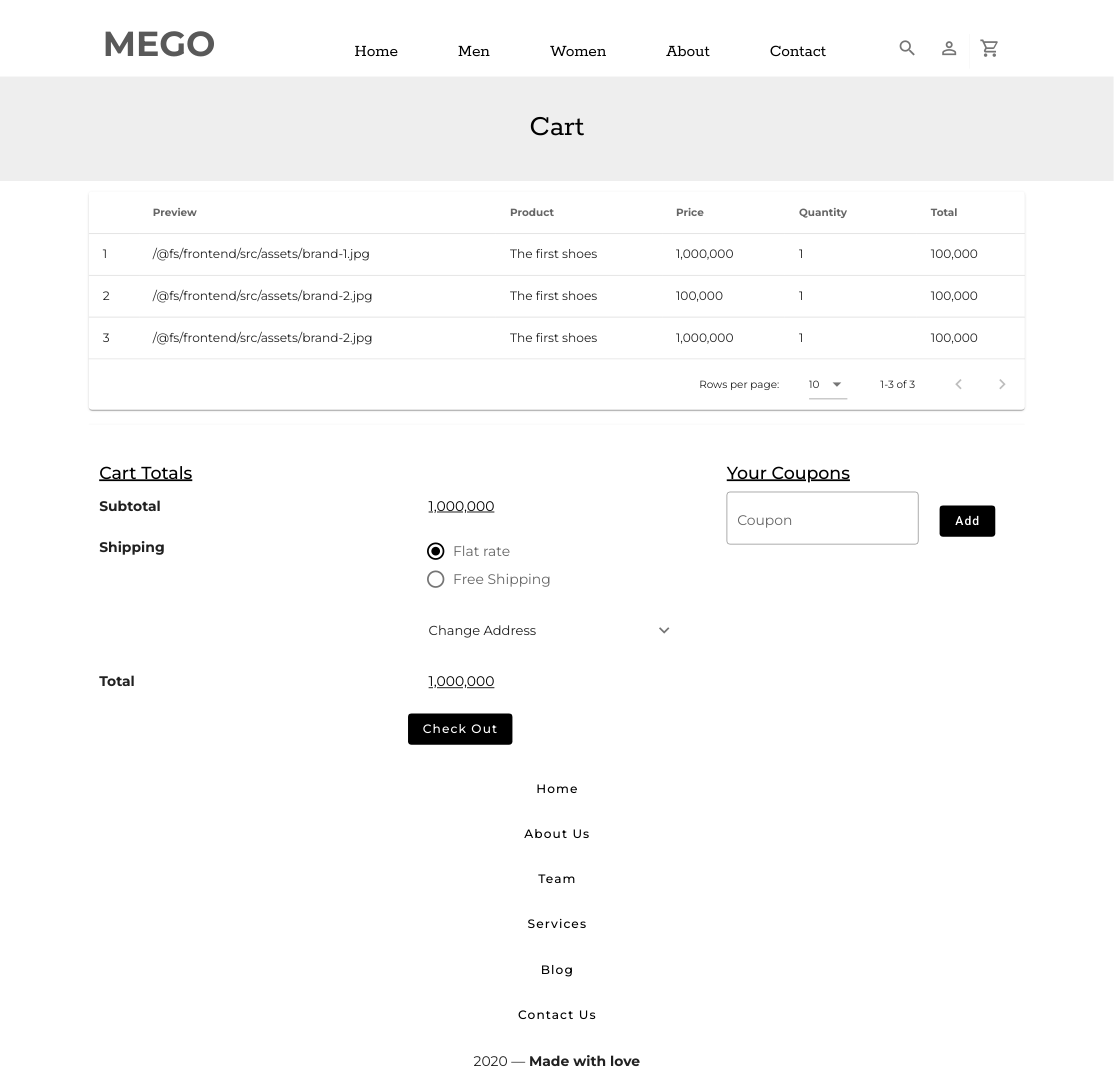
Repository: nguyenphuong152/shoesstore
Page: /cart (app in frontend/)
The author's editor kept a copy of each file at every save. The page is drawn from the files as they stood at one save, then again after the next save.
The browser window is 1280 px wide. The pictures show the whole page, at 87% of full size.
The project was rebuilt for these pictures with package versions that can differ from the ones it lists, and the page was loaded fresh each time. Also part of the build but not shown: frontend/vue.config.js, frontend/src/components/Customer/Collection.vue, frontend/src/components/Customer/Banner.vue, frontend/src/components/Customer/BestSeller.vue, frontend/src/components/Customer/Partner.vue, frontend/src/views/Customer/Home.vue, frontend/src/components/Customer/ProductCategory.vue, frontend/src/components/Customer/ProductView.vue and 10 more. Imported but missing from the stored project, and not drawn on this page: frontend/src/views/Admin/Category.vue, frontend/src/views/Admin/ManageProduct.vue, frontend/src/views/Admin/ManageUser.vue, frontend/src/views/Admin/OrderList.vue.

Above is the page before, as saved 2020-11-28 21:17:46.

### frontend/public/index.html
<!DOCTYPE html>
<html lang="en">
  <head>
    <meta charset="utf-8">
    <head>
      <title>MEGO</title>
    </head>
    <meta http-equiv="X-UA-Compatible" content="IE=edge">
    <meta name="viewport" content="width=device-width,initial-scale=1.0">
    <link rel="icon" href="<%= BASE_URL %>favicon.ico">
    <title><%= htmlWebpackPlugin.options.title %></title>
    <link href="https://fonts.googleapis.com/css?family=Montserrat:300,400,500,600,700" rel="stylesheet">
    <link href="https://fonts.googleapis.com/css?family=Rokkitt:100,300,400,700" rel="stylesheet">
    <link rel="stylesheet" href="https://fonts.googleapis.com/css?family=Roboto:100,300,400,500,700,900">
    <link rel="stylesheet" href="https://cdn.jsdelivr.net/npm/@mdi/font@latest/css/materialdesignicons.min.css">
  </head>
  <body>
    <noscript>
      <strong>We're sorry but <%= htmlWebpackPlugin.options.title %> doesn't work properly without JavaScript enabled. Please enable it to continue.</strong>
    </noscript>
    <div id="app"></div>
    <!-- built files will be auto injected -->
  </body>
</html>

### frontend/src/main.js
import Vue from 'vue'
import App from './App.vue'
import vuetify from './plugins/vuetify';
import router from './router'
import '../sass/style.scss'
import 'bootstrap/dist/css/bootstrap.css'
import 'bootstrap-vue/dist/bootstrap-vue.css'
import { BootstrapVue, IconsPlugin } from 'bootstrap-vue'

Vue.use(BootstrapVue)
// Optionally install the BootstrapVue icon components plugin
Vue.use(IconsPlugin)
Vue.config.productionTip = false

new Vue({
  vuetify,
  router,
  render: h => h(App)
}).$mount('#app')

### frontend/src/App.vue
<template>
  <v-app app>
    <v-container v-if="!['Admin', 'Banner', 'Category','Product','ManageUser','OrderList','Dashboard'].includes($route.name)">
      <Toolbar />
    </v-container>
    <v-main>
      <router-view></router-view>
    </v-main>
      <Footer v-if="!['Admin', 'Banner', 'Category','Product','ManageUser','OrderList','Dashboard'].includes($route.name)"/>
  </v-app>

</template>

<script>

import Footer from "./components/Customer/Footer";
import Toolbar from "./components/Customer/Toolbar";

export default {
  name: "App",

  components: {
    Toolbar,
    Footer
  },

  data: () => ({
    //
  }),
};
</script>

### frontend/src/plugins/vuetify.js
import Vue from 'vue';
import Vuetify from 'vuetify/lib';


Vue.use(Vuetify);

const vuetify = new Vuetify({
    theme: {
      themes: {
        light: {
          primary: '#000',
          secondary: '#b0bec5',
          accent: '#8c9eff',
          error: '#b71c1c',
        },
      },
    },
  })

export default new Vuetify({
    vuetify,
});

### frontend/src/router/index.js
import Vue from "vue";
import VueRouter from "vue-router";
import Home from "../views/Customer/Home.vue";
import Men from "../views/Customer/Men.vue";
import Women from "../views/Customer/Women.vue";
import Admin from "../views/Admin/Admin.vue";
import Product from "../views/Admin/ManageProduct.vue";
import Banner from "../views/Admin/Banner.vue";
import Category from "../views/Admin/Category.vue";
import ManageUser from "../views/Admin/ManageUser.vue";
import OrderList from "../views/Admin/OrderList.vue";
import Dashboard from "../views/Admin/Dashboard.vue"
//import ProductDetail from "../views/ProductDetail.vue"

Vue.use(VueRouter);

const routes = [
  {
    path: "/",
    name: "Home",
    component: Home,
  },
  {
    path: "/men",
    name: "Men",
    component: Men,
  },
  {
    path: "/women",
    name: "Women",
    component: Women,
  },
  {
    path: "/about",
    name: "About",
    // route level code-splitting
    // this generates a separate chunk (about.[hash].js) for this route
    // which is lazy-loaded when the route is visited.
    component: () =>
      import(/* webpackChunkName: "about" */ "../views/Customer/About.vue"),
  },
  {
    path: "/contact",
    name: "Contact",
    component: () =>
      import(/* webpackChunkName: "about" */ "../views/Customer/Contact.vue"),
  },
  {
    path: "/cart",
    name: "Cart",
    component: () =>
      import(/* webpackChunkName: "about" */ "../views/Customer/Cart.vue"),
  },
  {
    path: "/account",
    name: "Account",
    component: () =>
      import(/* webpackChunkName: "about" */ "../views/Customer/Account.vue"),
  },
  {
    path: "/userlogin",
    name: "UserLogin",
    component: () =>
      import(/* webpackChunkName: "about" */ "../views/Customer/UserLogin.vue"),
  },
  {
    path: "/checkout",
    name: "Checkout",
    component: () =>
      import(/* webpackChunkName: "about" */ "../views/Customer/Checkout.vue"),
  },
  {
    path: "/product/:id",
    name: "ProductDetail",
    component: () =>
      import(/* webpackChunkName: "about" */ "../views/Customer/ProductDetail.vue"),
  },
  {
    path: "/admin",
    name: "Admin",
    component: Admin,
    children: [
      {
        path: "/banner",
        name: "Banner",
        component: Banner,
      },
      {
        path: "/category",
        name: "Category",
        component: Category,
      },
      {
        path: "/product",
        name: "Product",
        component: Product,
      },
      {
        path: "/manageuser",
        name: "ManageUser",
        component: ManageUser,
      },
      {
        path: "/orderlist",
        name: "OrderList",
        component: OrderList,
      },
      {
        path: "/dashboard",
        name: "Dashboard",
        component: Dashboard,
      },
    ],
  },
];

const router = new VueRouter({
  mode: "history",
  base: process.env.BASE_URL,
  routes,
});

export default router;

### frontend/sass/style.scss

$font-primary: 'Montserrat',
Arial,
sans-serif;
$font-secondary: 'Rokkitt',
Georgia,
serif;


@import '~vuetify/src/styles/styles.sass';

// Overrides
$grid-gutter-width: 20px !default;
$border-radius-base: 4px !default;
$padding-base-vertical: 14px !default;

$brand-primary: #616161 !default;
$brand-secondary: #88c8bc !default;
$brand-yellow: #FFDD00 !default;
$brand-footer-color: #2C2E3E;

$brand-white: #fff;
$brand-black: #000;
$brand-darker: #444;
$brand-gray: #ccc;
$brand-lighter: #e9e9e9;
$brand-body-color: #e8e8e8;
$brand-selection-color: #f9f6f0;
$brand-overlay-color: #4c4a8a;
$brand-bg-color: $brand-white;

.v-btn {
  text-transform:none !important;
}
// .v-text-field{
//   width: 50px;
//   height: 10px;
// }

#app {
  -webkit-font-smoothing: antialiased;
  -moz-osx-font-smoothing: grayscale;

  text-align: center;
  .container {
    max-width: 1100px;
  }
  font: 300
}

.nav {
  padding-left: 0px;
  a {
    font-size: 20px;
    color: lighten($brand-black,35%);
    font-family: $font-secondary;
    text-decoration: none;
    font-weight: 500;
    &.router-link-exact-active {
      color: #42b983;
    }

  }
}

#logo {
  font-size: 40px;
  font-weight: 700;
  font-family: $font-primary;
  color: lighten($brand-black, 35%);
}


.slogan {
  font-size: 50px;
  color: #2c3e50;
  font-family: $font-secondary;
  text-decoration: none;
}

.title-collection{
  @extend .slogan;
  font-size: 25px;
}


.slogan-3 {
  @extend .slogan;
  font-size: 35px;
}

.title-shoes {
  @extend .slogan;
  font-size: 20px;
}


.footer-text {
  font-family:$font-primary;
  font-size: 16px;
}

.admin {
  font-family: $font-primary;
  font-size:16px;
}

.admin-nav {
  font-family: $font-primary !important;
  font-size: 20px !important;
  color: white !important;
}

### frontend/src/components/Customer/Footer.vue
<template>
  <v-footer class="white" padless>
    <v-row justify="center" no-gutters>
      <v-btn
        v-for="link in links"
        :key="link"
        color="black"
        text
        rounded
        class="my-2 footer-text"
      >
        {{ link }}
      </v-btn>
      <v-col class="white py-4 text-center fluid footer-text" cols="12">
        {{ new Date().getFullYear() }} — <strong>Made with love</strong>
      </v-col>
    </v-row>
  </v-footer>
</template>

<script>
export default {
  data: () => ({
    links: ["Home", "About Us", "Team", "Services", "Blog", "Contact Us"],
  }),
};
</script>

<style></style>

### frontend/src/components/Customer/Toolbar.vue
<template>
  <v-toolbar flat>
    <v-row class="d-flex align-baseline">
      <v-col cols="3" class="d-flex justify-lg-start">
        <v-toolbar-title id="logo">MEGO</v-toolbar-title>
      </v-col>
      <v-col class="d-flex justify-space-around text-start nav">
        <router-link to="/">Home</router-link>
        <router-link to="/men">Men</router-link>
        <router-link to="/women">Women</router-link>
        <router-link to="/about">About</router-link>
        <router-link to="/contact">Contact</router-link>
      </v-col>
      <v-col cols="2" class="d-flex justify-end">
        <v-btn icon>
          <v-icon>mdi-magnify</v-icon>
        </v-btn>
        <v-menu
          open-on-hover
          top
          offset-y
          :position-x="960"
          :position-y="230"
          absolute
        >
          <template v-slot:activator="{ on, attrs }">
            <v-btn icon v-bind="attrs" v-on="on">
              <v-icon>mdi-account-outline</v-icon>
            </v-btn>
          </template>

          <v-list class="text-start nav">
            <v-list-item v-for="(item, index) in routes" :key="index" :to="item.path">
              <v-list-item-title>{{ item.name }}</v-list-item-title>
            </v-list-item>
          </v-list>
        </v-menu>
        <v-divider vertical inset></v-divider>
        <v-btn icon @click="goToCart">
          <v-icon>mdi-cart-outline</v-icon>
        </v-btn>
      </v-col>
    </v-row>
  </v-toolbar>
</template>

<script>
export default {
  data: () => ({
    routes: [
      {
        path:"/checkout",
        name:"Check Out"
       },
       {
        path:"/account",
        name:"My Account"
       },
       {
        path:"/userlogin",
        name:"User Login"
       },

    ],
  }),
  methods: {
     goToCart: function() {
     this.$router.push({name: 'Cart'})
     }
  }
};
</script>

<style></style>

### frontend/src/views/Customer/Cart.vue
<template>
  <div class="cart app">
    <v-sheet color="grey lighten-3" height="120">
      <v-container py-8>
        <a class="slogan-3">Cart</a>
      </v-container>
    </v-sheet>
    <div>
      <v-container>
        <totalProducts />
        <v-divider></v-divider>
        <v-row class=" d-flex align-baseline">
          <v-col>
            <cartTotals />
          </v-col>
          <v-col cols="4">
            <addCoupons />
          </v-col>
        </v-row>
      </v-container>
    </div>
  </div>
</template>

<script>
import totalProducts from "../../components/Customer/TotalProducts";
import addCoupons from "../../components/Customer/AddCoupon";
import cartTotals from "../../components/Customer/CartTotal";

export default {
  components: { totalProducts, addCoupons, cartTotals },
  data() {},
};
</script>

### frontend/src/components/Customer/TotalProducts.vue
<template>

      <v-data-table :headers="headers" :items="products" class="elevation-1 admin">
        <template v-slot:item.preview>
          <v-img
            lazy-src="item.path"
            max-height="100"
            max-width="100"
            src="'item.path'"
          ></v-img>
        </template>
      </v-data-table>


</template>

<script>
export default {
  data() {
    return {
      headers: [
        {
          text: "",
          align: "start",
          sortable: false,
          value: "id",
        },
        { text: "Preview", value: "path" },
        { text: "Product", value: "name" },
        { text: "Price", value: "price" },
        { text: "Quantity", value: "quantity" },
        { text: "Total", value: "total" },
      ],
      products: [
        {
          id: 1,
          path: require('../../assets/brand-1.jpg'),
          name: "The first shoes",
          price: Intl.NumberFormat('en-EN', { maximumSignificantDigits: 3 }).format(1000000),
          quantity: 1,
          total: Intl.NumberFormat('en-EN', { maximumSignificantDigits: 3 }).format(100000),
        },
        {
          id: 2,
          path: require('../../assets/brand-2.jpg'),
          name: "The first shoes",
          price:Intl.NumberFormat('en-EN', { maximumSignificantDigits: 3 }).format(100000),
          quantity: 1,
          total: Intl.NumberFormat('en-EN', { maximumSignificantDigits: 3 }).format(100000)
        },
        {
         id: 3,
          path: require('../../assets/brand-2.jpg'),
          name: "The first shoes",
          price: Intl.NumberFormat('en-EN', { maximumSignificantDigits: 3 }).format(1000000),
          quantity: 1,
          total:Intl.NumberFormat('en-EN', { maximumSignificantDigits: 3 }).format(100000),
        },
      ],
    };
  },
};
</script>

<style></style>

### frontend/src/components/Customer/AddCoupon.vue
<template>
  <div class="app text-start">
      <a class="admin-nav font-weight-medium black--text">Your Coupons</a>
      <v-row class="d-flex align-baseline">
           <v-col
          cols="8"
        >
          <v-text-field
          class="admin"
            label="Coupon"
            outlined
          ></v-text-field>
        </v-col>
         <v-col
        >
           <v-btn
      depressed
      color="primary"
    >
      Add
    </v-btn>
        </v-col>
      </v-row>
  </div>
</template>

<script>
export default {

}
</script>

<style>

</style>

### frontend/src/components/Customer/CartTotal.vue
<template>
  <v-container class="text-start admin">
    <a class="admin-nav font-weight-medium black--text">Cart Totals</a>
    <v-row>
      <v-col>
        <strong> Subtotal</strong>
      </v-col>
      <v-col>
        <a class="pl-6">{{
          Intl.NumberFormat("en-EN", { maximumSignificantDigits: 3 }).format(
            1000000
          )
        }}</a>
      </v-col>
    </v-row>
    <v-row>
      <v-col>
        <strong> Shipping</strong>
      </v-col>
      <v-col>
        <v-radio-group v-model="radioGroup" class=" ma-0 pl-5">
          <v-radio
            v-for="shipping in shippings"
            :key="shipping"
            :label="shipping.label"
            :value="shipping.value"
          ></v-radio>
        </v-radio-group>

        <v-expansion-panels flat dense>
          <v-expansion-panel class="admin text-start pa-0">
            <v-expansion-panel-header>
              Change Address
            </v-expansion-panel-header>
            <v-expansion-panel-content>
              <v-combobox
                class="admin text-start"
                v-model="select"
                :items="items"
                dense
                filled
                solo
                flat
              ></v-combobox>
              <v-text-field label="City" outlined></v-text-field>
              <v-text-field label="Postcode/ZIP" outlined></v-text-field>
              <v-btn depressed color="primary">
                Update
              </v-btn>
            </v-expansion-panel-content>
          </v-expansion-panel>
        </v-expansion-panels>
      </v-col>
    </v-row>
    <v-row>
      <v-col>
        <strong> Total</strong>
      </v-col>
      <v-col>
        <a class="pl-6">{{
          Intl.NumberFormat("en-EN", { maximumSignificantDigits: 3 }).format(
            1000000
          )
        }}</a>
      </v-col>
    </v-row>
    <v-row>
      <v-col></v-col>
      <v-col cols="6" >
        <v-btn depressed color="primary" >
          Check Out
        </v-btn>
      </v-col>
    </v-row>
  </v-container>
</template>

<script>
export default {
  data() {
    return {
      radioGroup: 1,
      shippings: [
        {
          label: "Flat rate",
          value: 1,
        },
        {
          label: "Free Shipping",
          value: 2,
        },
      ],
      select: ["Viet Nam"],
      items: ["US", "UK", "AUS", "CANADA"],
    };
  },
};
</script>

<style></style>

After the next save:
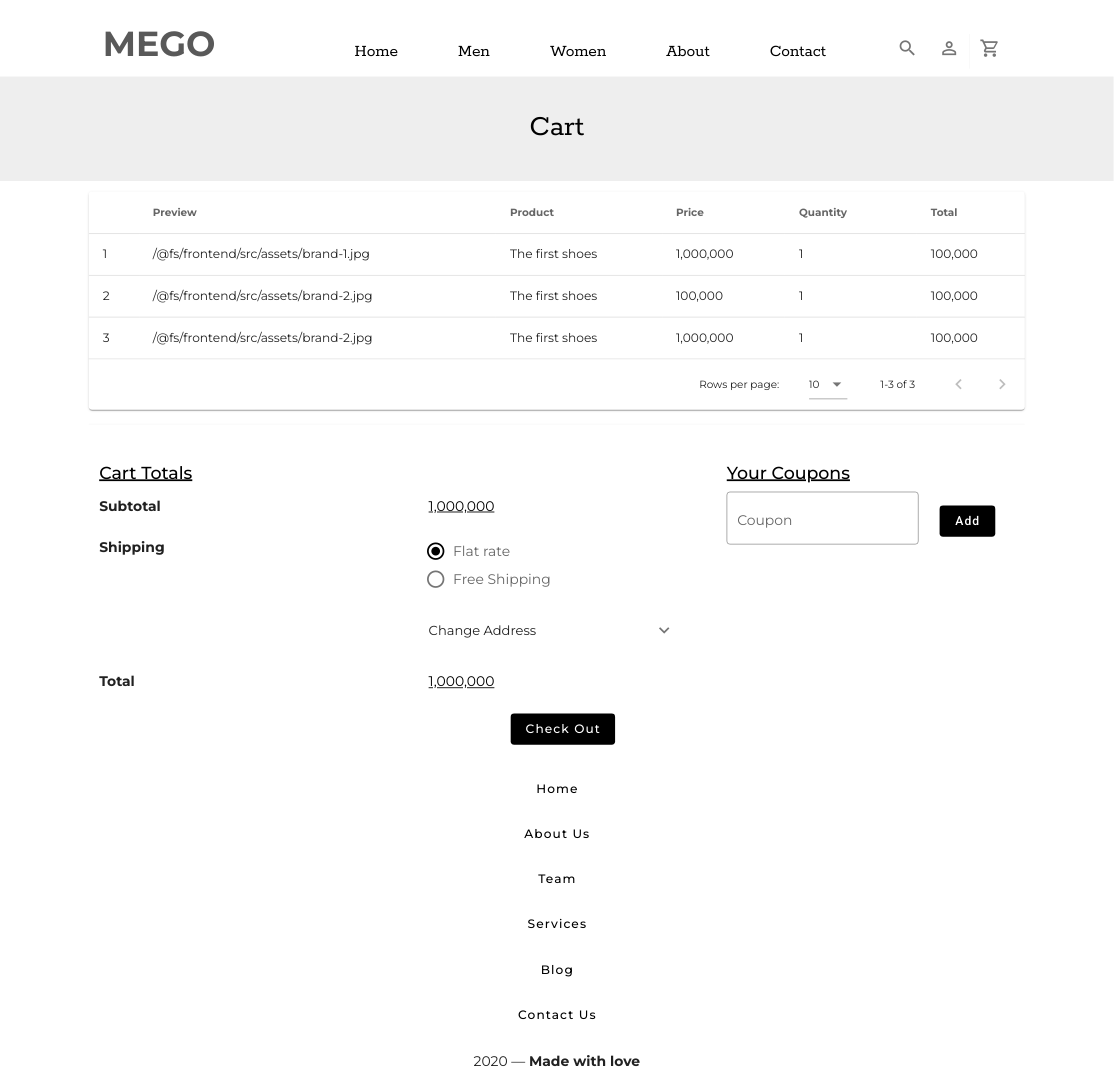
Saved 12 s later.
--- a/frontend/src/components/Customer/CartTotal.vue
+++ b/frontend/src/components/Customer/CartTotal.vue
@@ -66,7 +66,7 @@
     </v-row>
     <v-row>
       <v-col></v-col>
-      <v-col cols="6" >
+      <v-col cols="4" >
         <v-btn depressed color="primary" >
           Check Out
         </v-btn>

After the save that followed:
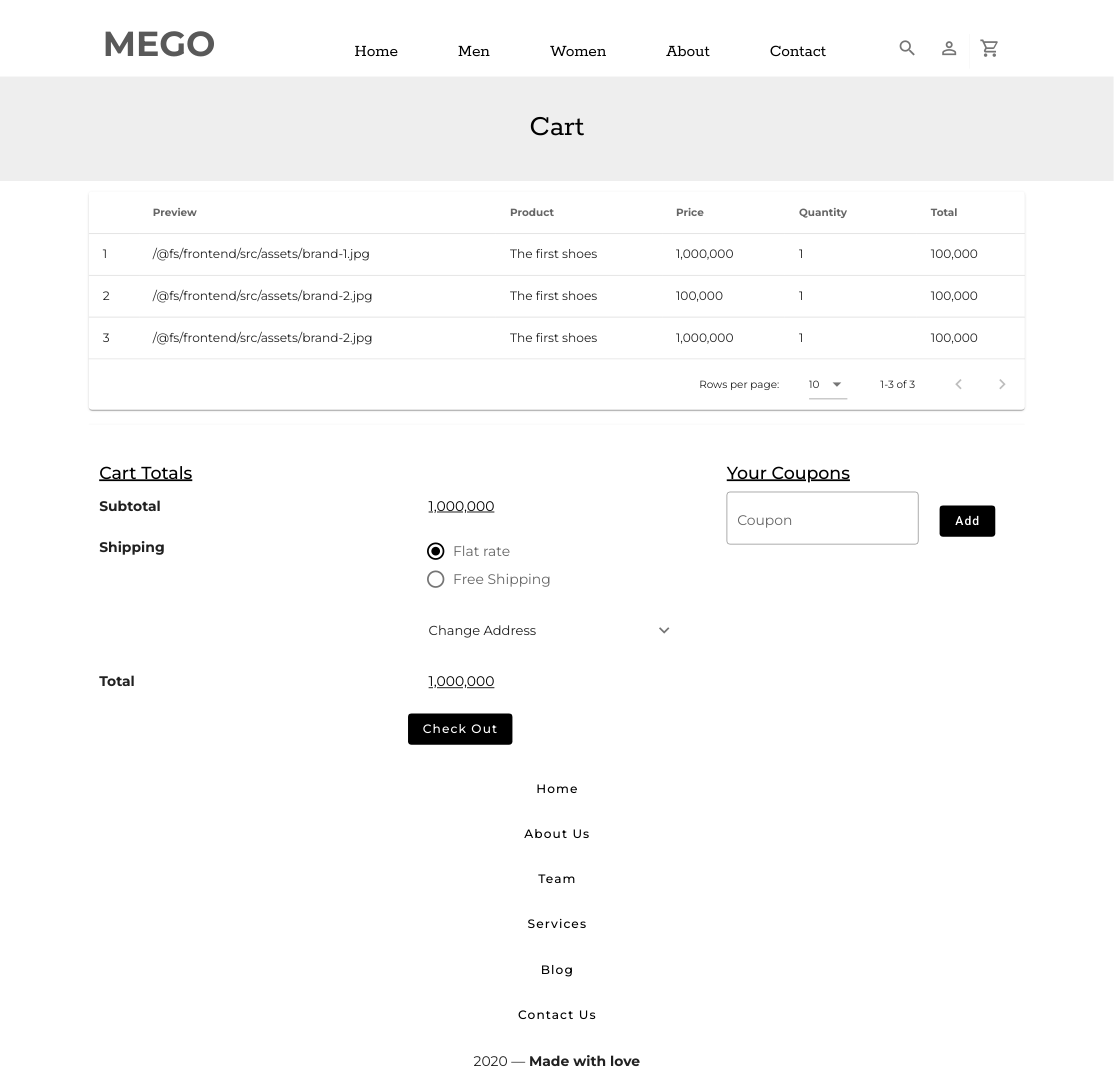
Saved 5 s later.
--- a/frontend/src/components/Customer/CartTotal.vue
+++ b/frontend/src/components/Customer/CartTotal.vue
@@ -66,7 +66,7 @@
     </v-row>
     <v-row>
       <v-col></v-col>
-      <v-col cols="4" >
+      <v-col >
         <v-btn depressed color="primary" >
           Check Out
         </v-btn>
